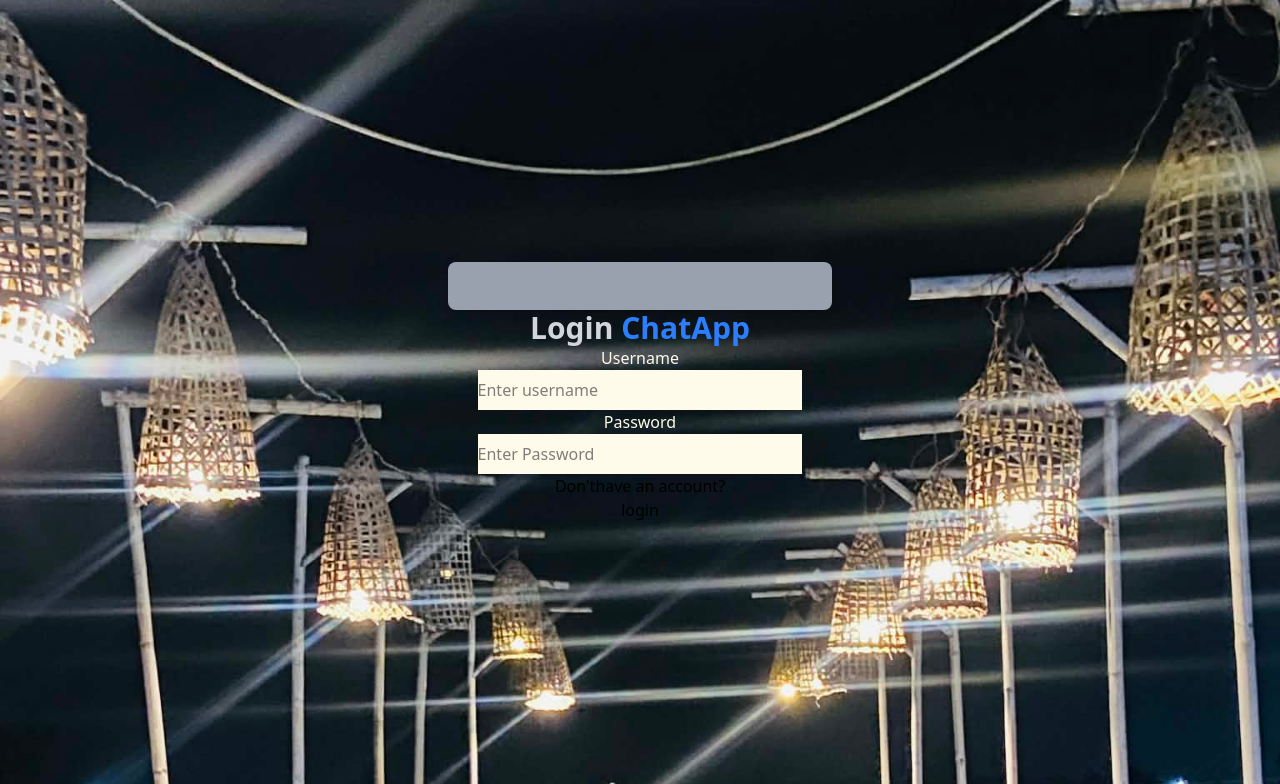
Repository: ridhukhan/chatapp
Page: / (app in frontend/)
The author's editor kept a copy of each file at every save. The page is drawn from the files as they stood at one save, then again after the next save.
The browser window is 1280 px wide. The pictures show the whole page.
Backgrounds fixed to the window are drawn as part of the page. The project was rebuilt for these pictures with package versions that can differ from the ones it lists, and the page was loaded fresh each time. Also part of the build but not shown: frontend/vite.config.js.

Above is the page before, as saved 2025-12-25 13:01:26.

### frontend/src/index.css
@import "tailwindcss";


body{

background-image: url("/bg1.jpeg");
background-repeat: no-repeat;
background-size: cover;
background-position: center;
background-attachment: fixed;
}

### frontend/src/App.jsx

import './App.css'
import Login from './Pages/login/Login'

function App() {

  return (
    <div className='p-4 h-screen flex items-center justify-center'>
     <Login/>
    </div>
  )
}

export default App

### frontend/src/Pages/login/Login.jsx
import React from 'react'
import { useState } from 'react'
const Login = () => {
const [username,setUsername]=useState("")
const [password,setPassword]=useState("")


  return (
    <div className='flex flex-col items-center justify-center min-w-96 mx-auto'>

<div className='w-full p-6 rounded-lg shadow-md bg-gray-400 bg-clip-padding backdrop-filter backdrop-blur-lg bg-opacity-0'></div>
<h1 className='text-3xl font-semibold text-center text-gray-300'>
					Login
					<span className='text-blue-500'> ChatApp</span>
				</h1>

<form>

<div>
    <label className='label p-2'>
        <span className='text-base label-text text-amber-50'>Username</span>
    </label>
    <input type="text" placeholder='Enter username'  className='w-full input input-borderd h-10 bg-amber-50'
    value={username}
    onChange={(e)=>setUsername(e.target.value)}

    />
</div>
<div>
    <label className='label p-2'>
        <span className='text-base label-text text-amber-50'>Password</span>
    </label>
    <input type="text" placeholder='Enter Password'  className='w-full input input-borderd h-10 bg-amber-50'
    value={password}
    onChange={(e)=>setPassword(e.target.value)}

    />
</div>
<a href='#'>{"Don't" }have an account?</a>

<div>
<button > login</button>

</div>
</form>

    </div>
  )
}

export default Login

Loaded but not shown: frontend/index.html (common file); frontend/src/main.jsx (common file); frontend/src/App.css (common file)

After the next save:
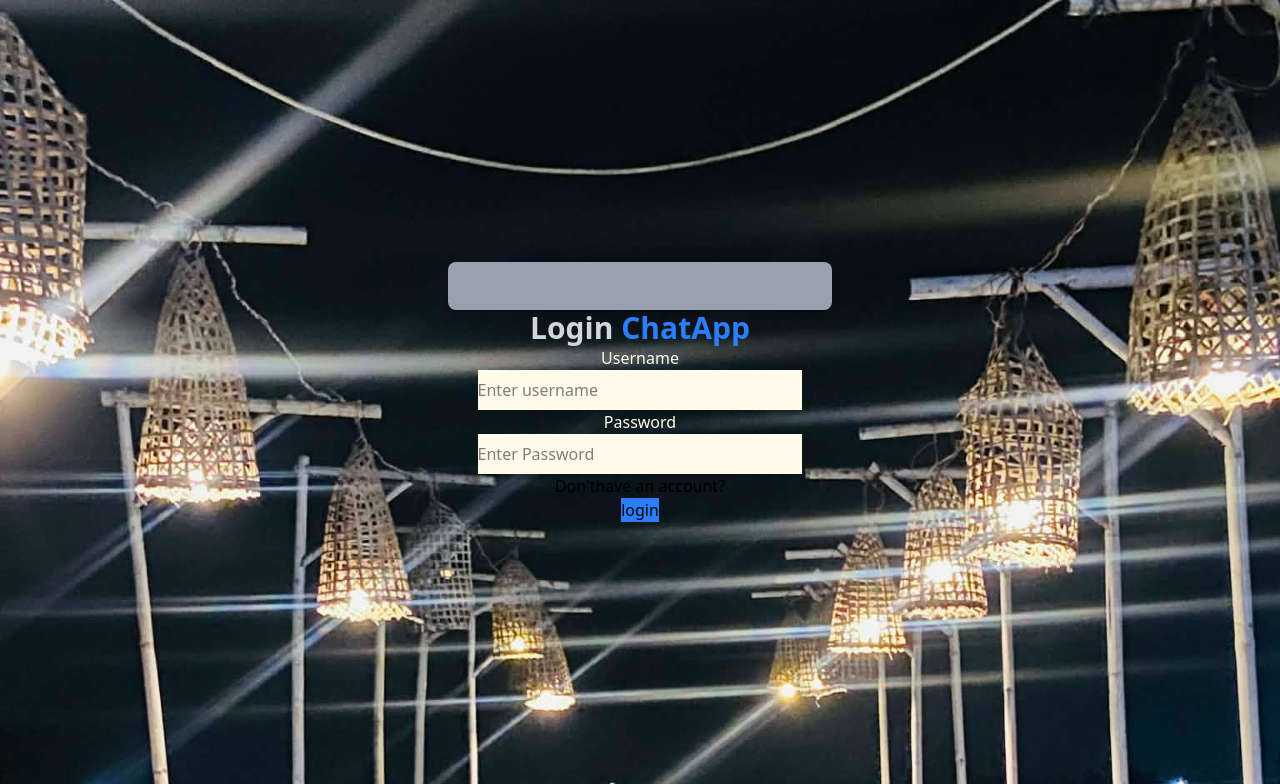
Saved 32 s later.
--- a/frontend/src/Pages/login/Login.jsx
+++ b/frontend/src/Pages/login/Login.jsx
@@ -39,7 +39,7 @@
 <a href='#'>{"Don't" }have an account?</a>
 
 <div>
-<button > login</button>
+<button className='bg-blue-500'> login</button>
 
 </div>
 </form>
